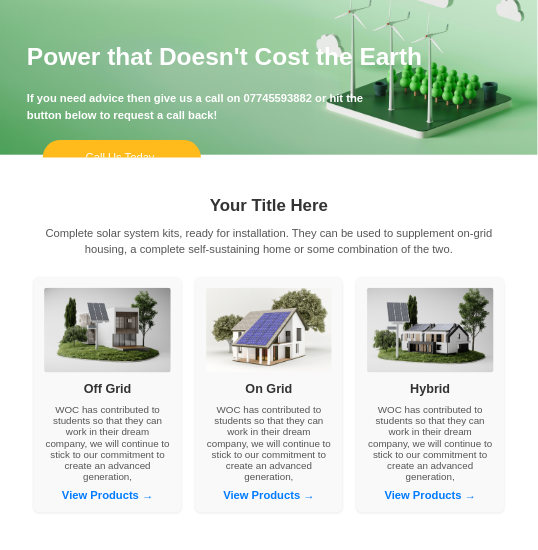
Repository: MaramNabil872/Landing-Page
Page: landingPage.html
An editor plug-in stored every save of this project. The page is shown before and after the next save, followed by the edit.
The browser window is 768 px wide. The pictures show the part of the page from y = 1660 to 3900 px (the page is 2446 px tall before and 3900 px after), at 70% of full size.

Above is the page before, as saved 2024-10-20 22:06:33.

After the next save:
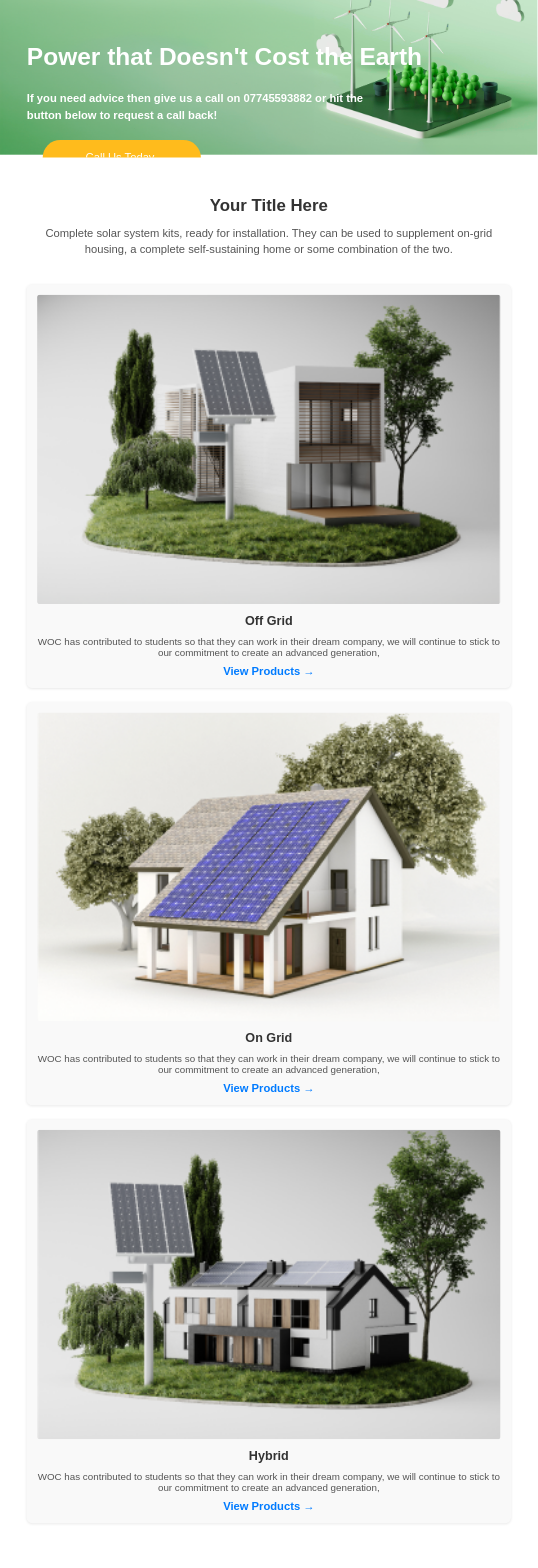
Saved 35 s later.
--- a/landingPage.css
+++ b/landingPage.css
@@ -277,3 +277,14 @@ font-size: 35px;
 .card-link:hover {
     text-decoration: underline; /* Underline link on hover */
 }
+@media (max-width: 768px) {
+    .card-container {
+        flex-direction: column; /* Stack cards vertically */
+    }
+
+    .card {
+        flex: 1 1 100%; /* Make each card take full width */
+        max-width: 100%; /* Max width for mobile */
+        margin: 10px 0; /* Margin above and below each card */
+    }
+}
